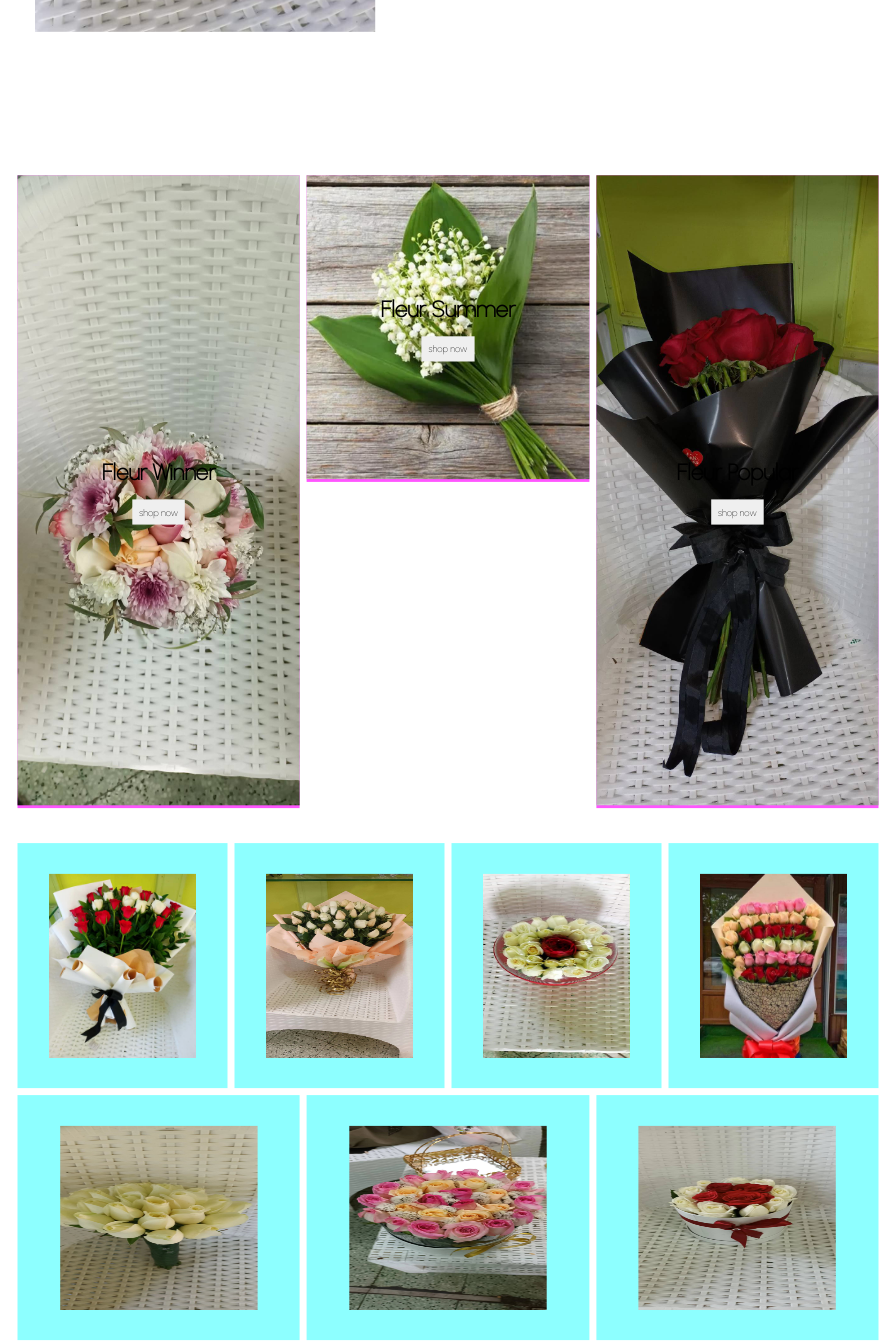
Repository: jarraymassaoud/react-web
Page: /
The author's editor kept a copy of each file at every save. The page is drawn from the files as they stood at one save, then again after the next save.
The browser window is 1280 px wide. The pictures show the part of the page from y = 729 to 2649 px (the page is 3279 px tall before and 2807 px after), at 70% of full size.
The project was rebuilt for these pictures with package versions that can differ from the ones it lists, and the page was loaded fresh each time. Also part of the build but not shown: src/pages/Cart.jsx, src/pages/Login.jsx, src/pages/Bunch.jsx.

Above is the page before, as saved 2022-05-31 08:19:01.

### public/index.html
<!DOCTYPE html>
<html lang="en">
  <head>
    <meta charset="utf-8" />
    <link rel="icon" href="%PUBLIC_URL%/favicon.ico" />
    <meta name="viewport" content="width=device-width, initial-scale=1" />
    <meta name="theme-color" content="#000000" />
    <meta
      name="description"
      content="Web site created using create-react-app"
    />
    <link rel="preconnect" href="https://fonts.googleapis.com" />
    <link rel="preconnect" href="https://fonts.gstatic.com" crossorigin />
    <link
      href="https://fonts.googleapis.com/css2?family=Urbanist:wght@100&display=swap"
      rel="stylesheet"
    />
    <style>
      * {
        margin: 0;
        font-family: "Urbanist", sans-serif;
      }
    </style>
    <!--
      manifest.json provides metadata used when your web app is installed on a
      user's mobile device or desktop. See https://developers.google.com/web/fundamentals/web-app-manifest/
    -->
    <!--
      Notice the use of %PUBLIC_URL% in the tags above.
      It will be replaced with the URL of the `public` folder during the build.
      Only files inside the `public` folder can be referenced from the HTML.

      Unlike "/favicon.ico" or "favicon.ico", "%PUBLIC_URL%/favicon.ico" will
      work correctly both with client-side routing and a non-root public URL.
      Learn how to configure a non-root public URL by running `npm run build`.
    -->
    <title>React App</title>
  </head>
  <body>
    <noscript>You need to enable JavaScript to run this app.</noscript>
    <div id="root"></div>
    <!--
      This HTML file is a template.
      If you open it directly in the browser, you will see an empty page.

      You can add webfonts, meta tags, or analytics to this file.
      The build step will place the bundled scripts into the <body> tag.

      To begin the development, run `npm start` or `yarn start`.
      To create a production bundle, use `npm run build` or `yarn build`.
    -->
  </body>
</html>

### src/App.jsx
import React from "react";
import Cart from "./pages/Cart";
import Login from "./pages/Login";
import Home from "./pages/Home";
import Bunch from "./pages/Bunch";

const App = () => {
  return <Home />;
};

export default App;

### src/pages/Home.jsx
import React from "react";
import Annonce from "../components/Annonce";
import Navbar from "../components/Navbar";
import Slider from "../components/Slider";
import Categories from "../components/Categories";
import Products from "../components/Products";
import Newsletter from "../components/Newsletter";
import Footer from "../components/Footer";

const Home = () => {
  return (
    <div>
      <Annonce />
      <Navbar />
      <Slider />
      <Categories />
      <Products />
      <Newsletter />
      <Footer />
    </div>
  );
};

export default Home;

### src/components/Annonce.jsx
import styled from "styled-components";

const Container = styled.div`
  height: 30px;
  background-color: teal;
  color: white;
  display: flex;
  align-items: center;
  justify-content: center;
  font-size: 14px;
  font-weight: 500;
  margin: 10px;
`;

const Annonce = () => {
  return (
    <div>
      <Container>nouvelle promotion</Container>
    </div>
  );
};

export default Annonce;

### src/components/Footer.jsx
import {
  Facebook,
  GitHub,
  LinkedIn,
  MailOutline,
  Phone,
  Room,
} from "@material-ui/icons";
import React from "react";
import styled from "styled-components";
const Container = styled.div`
  display: flex;
  border: 0.5px solid lightgray;
  border-radius: 10px;
  background-color: gainsboro;
`;
const Left = styled.div`
  flex: 1;
  display: flex;
  padding: 20px;
  flex-direction: column;
  margin-left: 100px;
`;
const Logo = styled.h1``;
const Desc = styled.p`
  margin: 20px 0px;
`;
const SocialContainer = styled.div`
  display: flex;
`;
const SocialIcon = styled.div`
  width: 40px;
  height: 40px;
  border-radius: 50%;
  color: white;
  background-color: #${(props) => props.color};
  display: flex;
  align-items: center;
  justify-content: center;
  margin-right: 10px;
`;

const Center = styled.div`
  flex: 1;
  padding: 20px;
  align-items: center;
  justify-content: center;
`;
const Title = styled.h3`
  margin-bottom: 30px;
`;
const List = styled.ul`
  margin: 0px;
  padding: 0px;
  list-style: none;
  flex-wrap: wrap;
`;
const ListItem = styled.li`
  width: 50%;
`;
const Right = styled.div`
  flex: 1;
  padding: 20px;
  justify-content: center;
  align-items: center;
  margin-left: 100px;
`;
const ContactItem = styled.div``;

const Footer = () => {
  return (
    <Container>
      <Left>
        <Logo> MS</Logo>
        <Desc>My web site</Desc>
        <SocialContainer>
          <SocialIcon color="0080ff">
            <Facebook />
          </SocialIcon>
          <SocialIcon color="0059b3">
            <LinkedIn />
          </SocialIcon>
          <SocialIcon color="000000">
            <GitHub />
          </SocialIcon>
        </SocialContainer>
      </Left>
      <Center>
        <Title> Links</Title>
        <List>
          <ListItem>Home</ListItem>
          <ListItem>Cart</ListItem>
          <ListItem>Accesoires</ListItem>
          <ListItem>MyAccount</ListItem>
        </List>
      </Center>
      <Right>
        <Title> Contact</Title>
        <ContactItem>
          <Room />
          Tunisia
        </ContactItem>
        <ContactItem>
          <Phone />
          26092674
        </ContactItem>
        <ContactItem>
          <MailOutline /> jarraymassoud@gmail.com
        </ContactItem>
      </Right>
    </Container>
  );
};

export default Footer;

### src/components/Navbar.jsx
import { Search, ShoppingCartOutlined } from "@material-ui/icons";
import { Badge } from "@material-ui/core";
import React from "react";
import styled from "styled-components";

const Container = styled.div`
  height: 40px;
`;

const Wrapper = styled.div`
  padding: 4px 20px;
  display: flex;
  justify-content: space-between;
`;

const Left = styled.div`
  flex: 1;
  display: flex;
  align-items: center;
`;

const Language = styled.span`
  font-size: 14px;
  cursor: pointer;
`;
const SearchContainer = styled.div`
  border: 0.5px solid lightgray;
  display: flex;
  align-items: center;
  margin-left: 20px;
  padding: 5px;
`;
const Input = styled.input`
  border: none;
`;
const Center = styled.div`
  flex: 1;
  text-align: center;
`;
const Logo = styled.h1`
  font-weight: bold;
  display: flex;
  justify-content: center;
`;
const Right = styled.div`
  flex: 1;
  display: flex;
  align-items: center;
  justify-content: flex-end;
`;
const MenuItem = styled.div`
  font-size: 14px;
  cursor: pointer;
  margin-left: 20px;
`;
const Navbar = () => {
  return (
    <Container>
      <Wrapper>
        <Left>
          <Language>EN</Language>
          <SearchContainer>
            <Input />
            <Search style={{ color: "red", fontSize: 16 }} />
          </SearchContainer>
        </Left>
        <Center>
          <Logo>My boutique MS</Logo>
        </Center>
        <Right>
          <MenuItem>Register</MenuItem>
          <MenuItem> Sign In</MenuItem>
          <MenuItem>
            <Badge badgeContent={100} color="primary" max={99}>
              <ShoppingCartOutlined />
            </Badge>
          </MenuItem>
        </Right>
      </Wrapper>
    </Container>
  );
};

export default Navbar;

### src/components/Slider.jsx
import React from "react";

import { ArrowLeftOutlined, ArrowRightOutlined } from "@material-ui/icons";
import styled from "styled-components";
import { sliderItems } from "../data";
import { useState } from "react";

const Container = styled.div`
  width: 100%;
  height: 120vh;
  display: flex;
  position: relative;
  overflow: hidden;
`;

const Arrow = styled.div`
  width: 50px;
  height: 50px;
  border-radius: 50%;
  display: flex;
  align-items: center;
  justify-content: center;
  position: absolute;
  top: 0%;
  left: ${(props) => props.direction === "left" && "10px"};
  right: ${(props) => props.direction === "right" && "10px"};
  bottom: 5%;
  margin: auto;
  cursor: pointer;
  opacity: 0.5;
  z-index: 2;
`;
const Wrapper = styled.div`
  height: 90%;
  display: flex;
  transition: all 1.5s ease;
  transform: translateX(${(props) => props.slideIndex * -100}vw);
`;
const Slide = styled.div`
  width: 100vw;
  height: 100vh;
  display: flex;
  align-items: center;
  background-color: #${(props) => props.bg};
`;
const ImgContainer = styled.div`
  padding-left: 50px;
  height: 90%;
  flex: 1;
`;
const InfoContainer = styled.div`
  flex: 1;
`;
const Image = styled.img`
  height: 100%;
`;
const Title = styled.h1`
  font-family: sans-serif;
  font-size: 50px;
`;
const Desc = styled.p`
  margin: 30px 0px;
  font-size: 20px;
  font-weight: 500;
  letter-spacing: 2px;
`;
const Button = styled.button`
  padding: 10px;
  font-size: 20px;
  background-color: transparent;
  cursor: pointer;
`;

const Slider = () => {
  const [slideIndex, setSlideIndex] = useState(0);
  const handleClick = (direction) => {
    if (direction === "left") {
      setSlideIndex(slideIndex > 0 ? slideIndex - 1 : 2);
    } else {
      setSlideIndex(slideIndex < 2 ? slideIndex + 1 : 0);
    }
  };

  return (
    <Container>
      <Arrow direction="left" onClick={() => handleClick("left")}>
        <ArrowLeftOutlined />
      </Arrow>
      <Wrapper slideIndex={slideIndex}>
        {sliderItems.map((item) => (
          <Slide>
            <ImgContainer>
              <Image src={item.img} />
            </ImgContainer>
            <InfoContainer>
              <Title>{item.title}</Title>
              <Desc>{item.desc}</Desc>
              <Button>show new</Button>
            </InfoContainer>
          </Slide>
        ))}
      </Wrapper>

      <Arrow direction="right" onClick={() => handleClick("right")}>
        <ArrowRightOutlined />
      </Arrow>
    </Container>
  );
};

export default Slider;

### src/components/Categories.jsx
import styled from "styled-components";
import React from "react";
import { categories } from "../data";
import CategoryItem from "./CategoryItem";

const Container = styled.div`
  flex: 1;
  display: flex;
  padding: 20px;
`;
const Categories = () => {
  return (
    <Container>
      {categories.map((item) => (
        <CategoryItem item={item} />
      ))}
    </Container>
  );
};

export default Categories;

### src/components/Products.jsx
import styled from "styled-components";
import { products } from "../data";
import Product from "./Product";

const Container = styled.div`
  display: flex;
  padding: 20px;
  flex-wrap: wrap;
  justify-content: space-between;
`;
const Products = () => {
  return (
    <Container>
      {products.map((item) => (
        <Product item={item} key={item.id} />
      ))}
    </Container>
  );
};

export default Products;

### src/components/Newsletter.jsx
import { Send } from "@material-ui/icons";
import styled from "styled-components";

const Container = styled.div`
  height: 60vh;
  background-color: white;
  display: flex;
  align-items: center;
  justify-content: center;
  flex-direction: column;
`;
const Title = styled.h1`
  font-size: 70px;
`;
const Desc = styled.div`
  font-size: 30px;
  font-weight: 300;
`;
const InputContainer = styled.div`
  width: 50%;
  height: 40px;
  display: flex;
  justify-content: space-between;
  border: 1px solid lavender;
`;
const Input = styled.input`
  border: none;
  flex: 8;
`;
const Button = styled.button`
  flex: 1;
  border: none;
  background-color: #5ff;
`;

const Newsletter = () => {
  return (
    <Container>
      <Title> Newsletter</Title>
      <Desc> your web site</Desc>
      <InputContainer>
        <Input placeholder="your email" />
        <Button>
          <Send />
        </Button>
      </InputContainer>
    </Container>
  );
};

export default Newsletter;

### src/data.js
export const sliderItems = [
  {
    id: 1,
    img: "images/img1.jpg",
    title: "Fleur Winner",
    desc: "Bouquet de fleur rouge",
    bg: "fcf1ed",
  },

  {
    id: 2,
    img: "images/img25.jpg",
    title: "Fleur Summer",
    desc: "Bouquet de fleur rouge",
    bg: "f5fafd",
  },
  {
    id: 3,
    img: "images/img20.jpg",
    title: "Fleur Popular",
    desc: "Bouquet de fleur popular",
    bg: "fbf0f4",
  },
];

export const categories = [
  {
    id: 1,
    img: "images/img4.jpg",
    title: "Fleur Winner",
  },
  {
    id: 2,
    img: "images/img5.jpg",
    title: "Fleur Summer",
  },
  {
    id: 3,
    img: "images/img6.jpg",
    title: "Fleur Popular",
  },
];
export const products = [
  {
    id: 1,
    img: "images/img7.jpg",
  },
  {
    id: 2,
    img: "images/img8.jpg",
  },
  {
    id: 3,
    img: "images/img10.jpg",
  },
  {
    id: 4,
    img: "images/img11.jpg",
  },
  {
    id: 5,
    img: "images/img13.jpg",
  },

  {
    id: 6,
    img: "images/img14.jpg",
  },
  {
    id: 6,
    img: "images/img26.jpg",
  },
];

### src/components/CategoryItem.jsx
import React from "react";
import styled from "styled-components";

const Container = styled.div`
  flex: 1;
  margin: 5px;
  height: 20%;
  background-color: #f5f;

  position: relative;
`;
const Image = styled.img`
  width: 100%;
  height: 65%;
  object-fit: cover;
`;
const Info = styled.div`
  position: absolute;
  top: 0%;
  left: 0%;
  width: 100%;
  height: 100%;
  align-items: center;
  display: flex;
  flex-direction: column;
  justify-content: center;
`;
const Title = styled.h1`
  margin-bottom: 20px;
`;
const Button = styled.button`
  border: none;
  padding: 10px;
  cursor: pointer;
  align-items: center;
  font-weight: 600%;
`;
const CategoryItem = ({ item }) => {
  return (
    <Container>
      <Image src={item.img} />
      <Info>
        <Title>{item.title}</Title>
        <Button> shop now</Button>
      </Info>
    </Container>
  );
};

export default CategoryItem;

### src/components/Product.jsx
import {
  FavoriteBorderOutlined,
  SearchOutlined,
  ShoppingCartOutlined,
} from "@material-ui/icons";
import styled from "styled-components";

const Info = styled.div`
  opacity: 0;
  width: 100%;
  height: 100%;
  top: 0%;
  left: 0%;
  position: absolute;
  background-color: rgba(0, 0, 0, 0.2);
  align-items: center;
  justify-content: center;
  display: flex;
  z-index: 3;
  transform: all 0.5s ease;
  cursor: pointer;
`;
const Container = styled.div`
  flex: 1;
  margin: 5px;
  min-width: 280px;
  height: 350px;
  display: flex;
  align-items: center;
  justify-content: center;
  background-color: #5ffa;
  position: relative;

  &:hover ${Info} {
    opacity: 1;
  }
`;
const Image = styled.img`
  height: 75%;
  z-index: 2;
  width: 70%;
`;
/*const Circle = styled.div`
  width: 200px;
  height: 200px;
  border-radius: 70%;
  background-color: white;
  position: absolute;
`;*/
const Icon = styled.div`
  width: 40px;
  height: 40px;
  border-radius: 50%;
  background-color: white;
  align-items: center;
  display: flex;
  justify-content: center;
  margin: 10px;
  transition: all 0.5s ease;

  &:hover {
    background-color: #e9f5f5;
    transform: scale(1.5);
  }
`;

const Product = ({ item }) => {
  return (
    <Container>
      <Image src={item.img} />
      <Info>
        <Icon>
          <SearchOutlined />
        </Icon>
        <Icon>
          <FavoriteBorderOutlined />
        </Icon>
        <Icon>
          <ShoppingCartOutlined />
        </Icon>
      </Info>
    </Container>
  );
};

export default Product;

Loaded but not shown: src/index.js (common file); src/index.css (common file); src/reportWebVitals.js (common file)

After the next save:
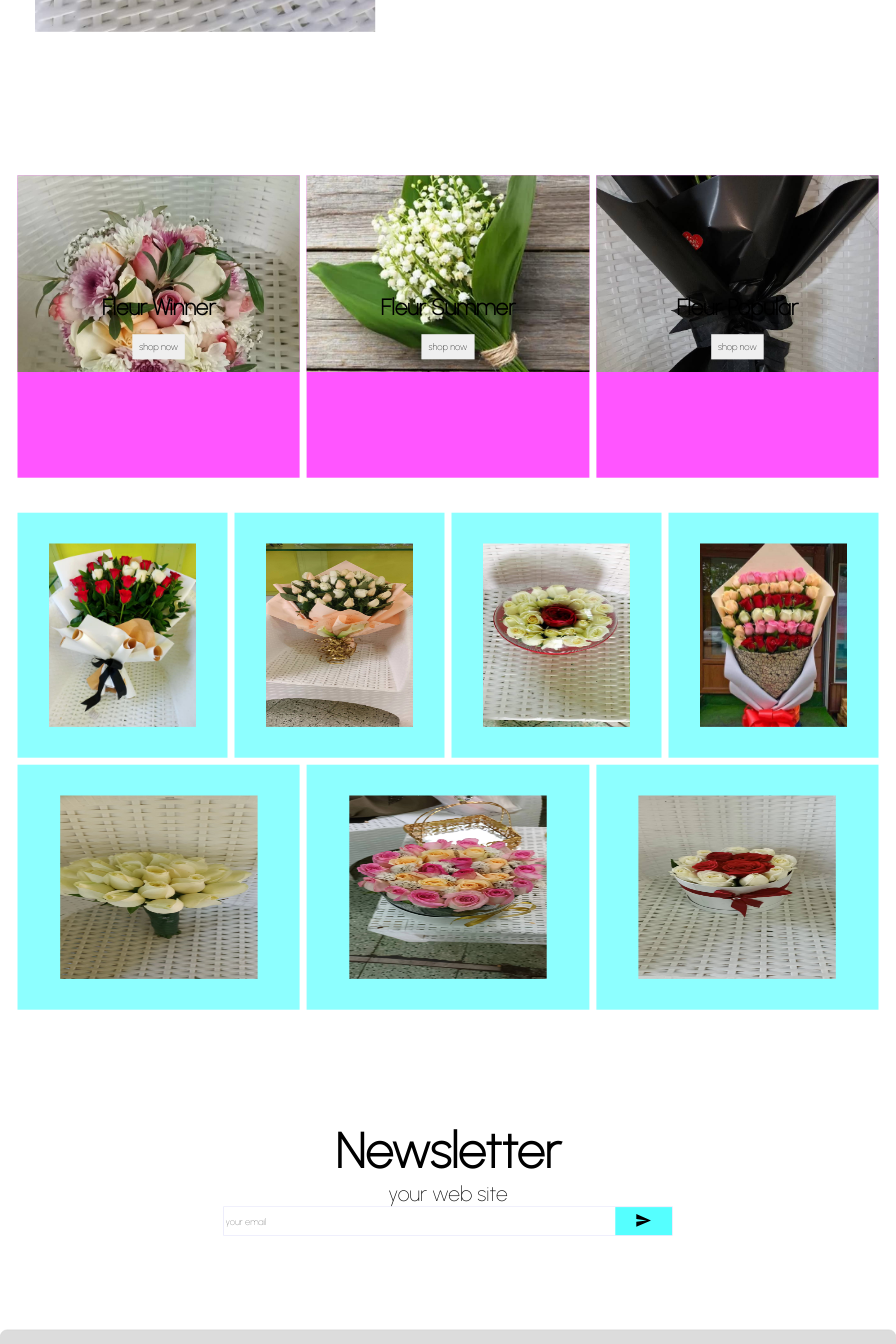
Saved 48 s later.
--- a/src/components/CategoryItem.jsx
+++ b/src/components/CategoryItem.jsx
@@ -4,7 +4,7 @@ import styled from "styled-components";
 const Container = styled.div`
   flex: 1;
   margin: 5px;
-  height: 20%;
+  height: 60vh;
   background-color: #f5f;
 
   position: relative;
